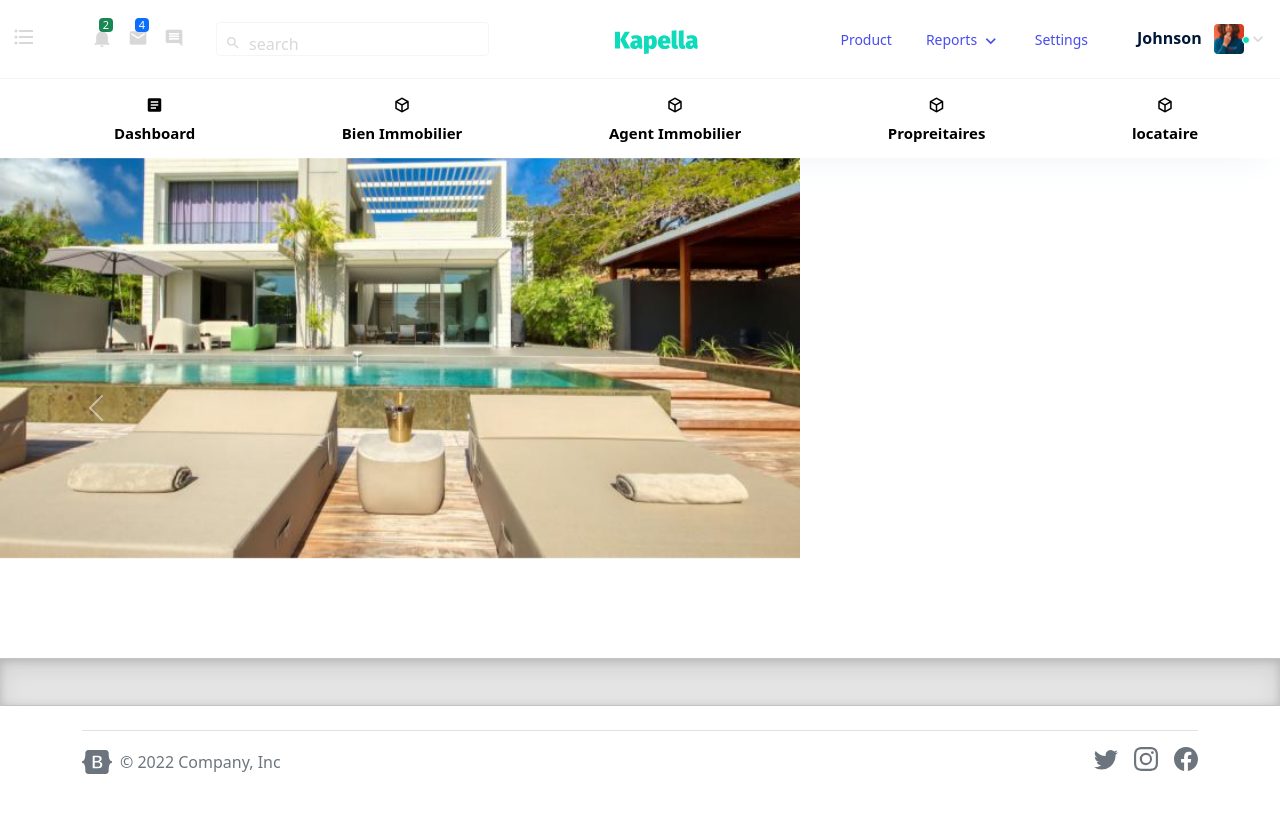
Repository: dimitri0004/Bien
Page: templates/dashbord/index.html.twig
These files come from the project's save history. The page is drawn as it stood at one moment and after the next save; the edit follows.
The browser window is 1280 px wide. The pictures show the whole page.
The page is a Twig template of a Symfony application; nobody is signed in and links lead nowhere. The template is opened directly, without the code that normally fills it, so the values that code supplies are empty.

Above is the page before, as saved 2023-04-05 01:06:09.
Console error: TypeError: Cannot read properties of null (reading 'addEventListener')

After the next save:
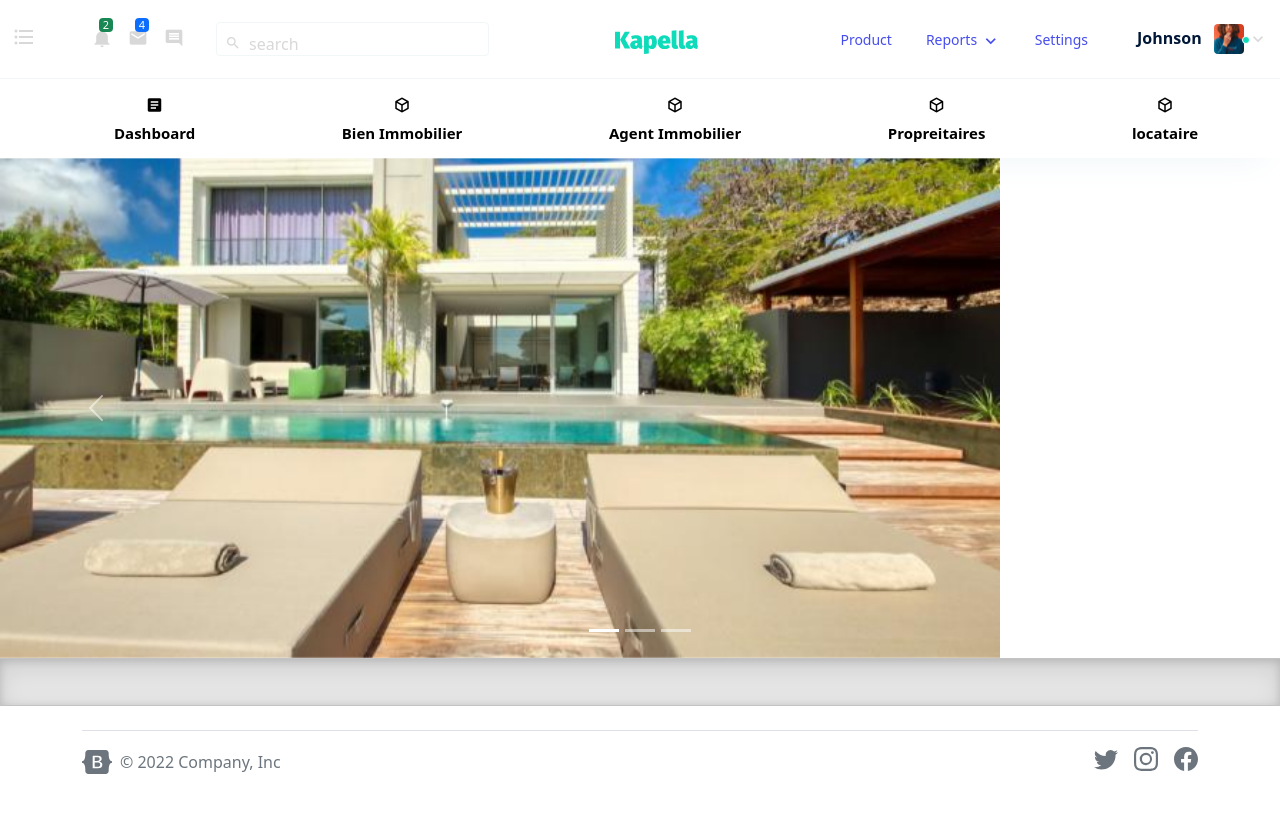
Saved 19 s later.
--- a/templates/dashbord/index.html.twig
+++ b/templates/dashbord/index.html.twig
@@ -13,17 +13,17 @@
         </div>
         <div class="carousel-inner">
             <center>
-                <div class="carousel-item active" style="width: 800px; height:500PX">
+                <div class="carousel-item active" style="width: 1000px; height:500PX">
                     <img src="{{ asset('uploads/image3.jpg') }}"  class="d-block w-100" alt="...">
                 </div>
             </center>
             <center>
-                <div class="carousel-item" style="width: 800px; height:500PX">
+                <div class="carousel-item" style="width: 1000px; height:500PX">
                     <img src="{{ asset('uploads/image2.jpg') }}" class="d-block w-100" alt="...">
                 </div>
             </center>
             <center>
-                <div class="carousel-item" style="width: 800px; height:500PX">
+                <div class="carousel-item" style="width: 1000px; height:500PX">
                     <img src="{{ asset('uploads/image1.jpg') }}"  class="d-block w-100" alt="...">
                 </div>
             </center>
